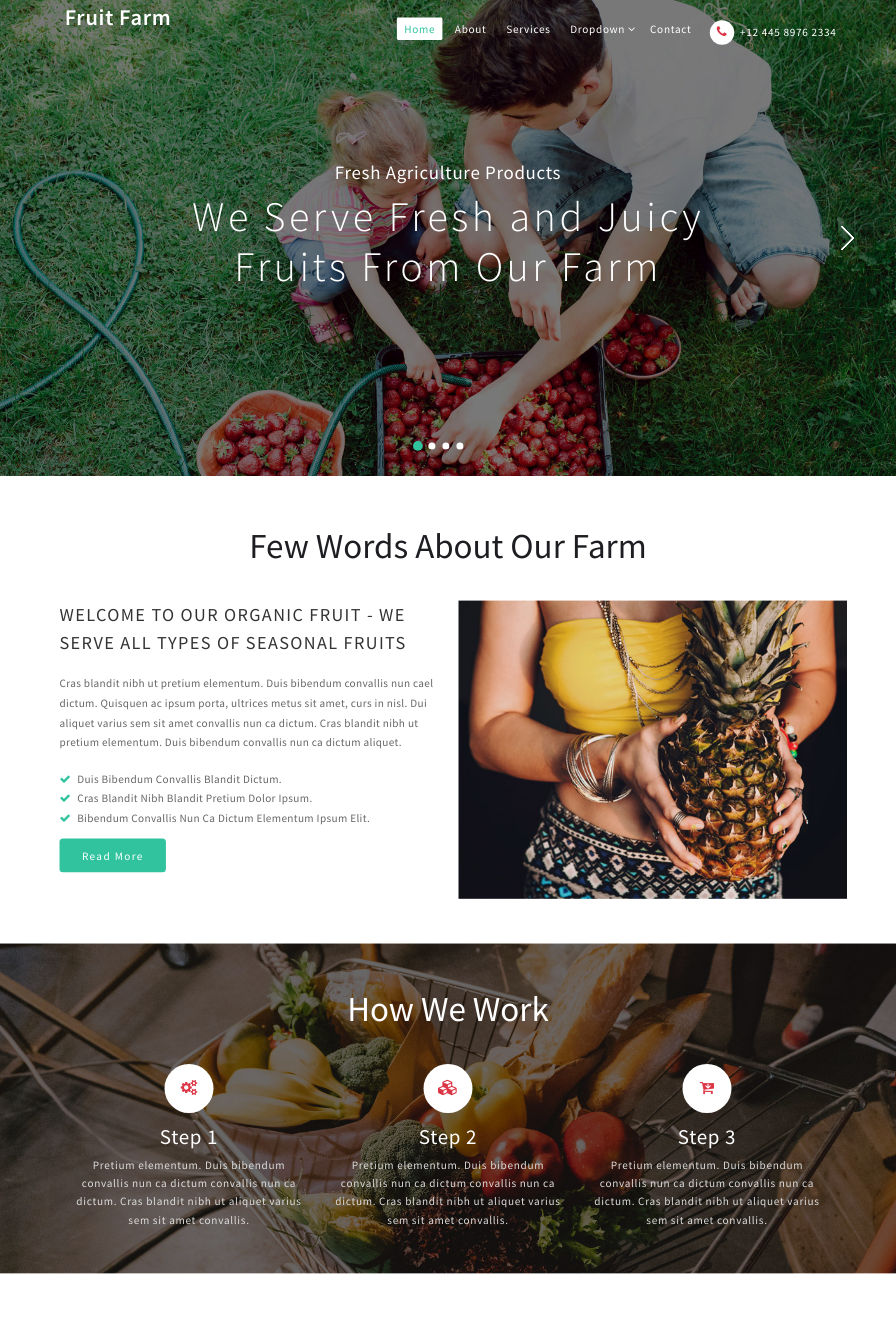
Repository: httpamit/SP-Food
Page: index.html
These files come from the project's save history. The page is drawn as it stood at one moment and after the next save; the edit follows.
The browser window is 1280 px wide. The pictures show the part of the page from y = 0 to 1920 px (the page is 4839 px tall), at 70% of full size.
Backgrounds fixed to the window are drawn as part of the page.

Above is the page before, as saved 2019-02-07 23:11:53.

After the next save:
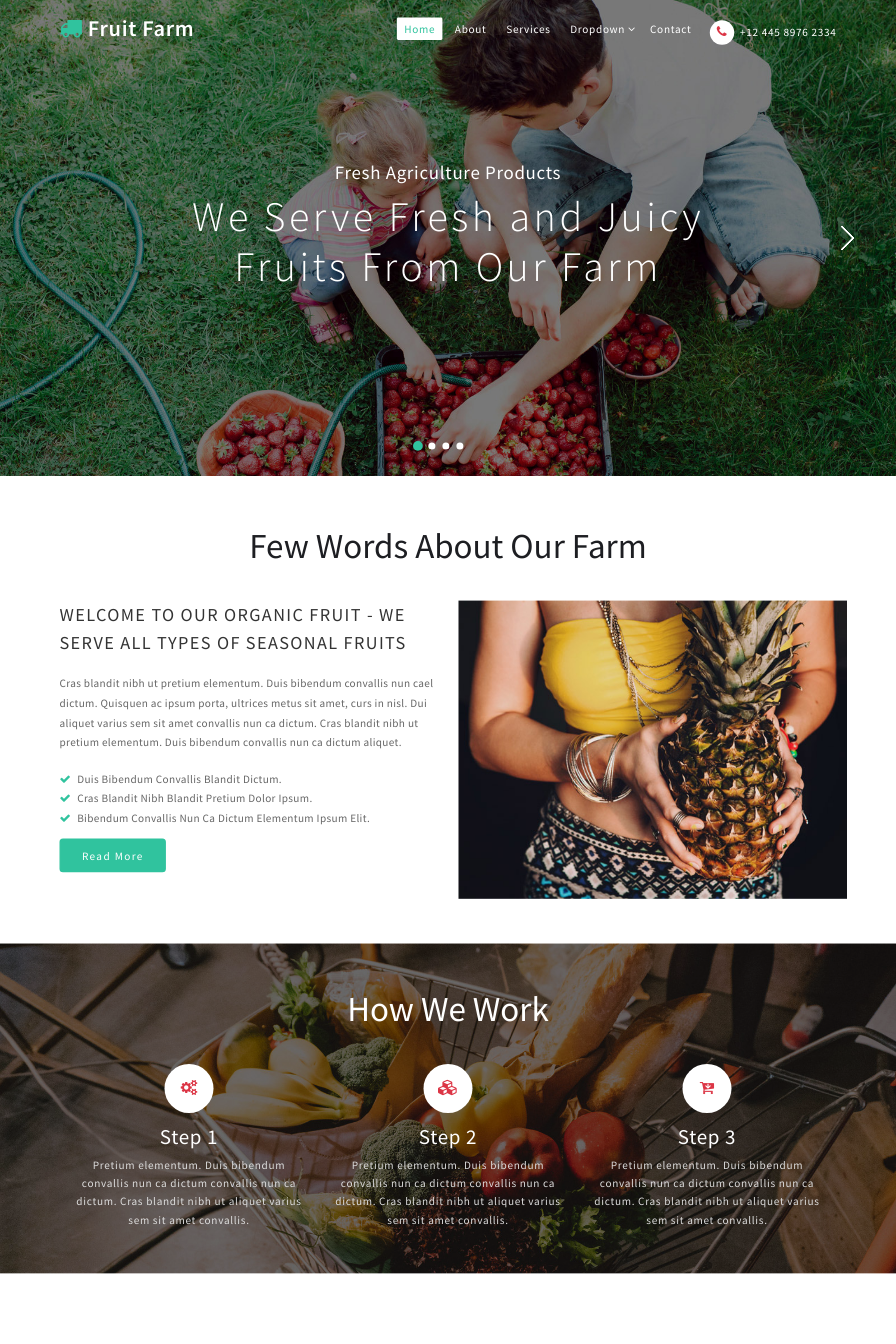
Saved 51 s later.
--- a/index.html
+++ b/index.html
@@ -38,7 +38,7 @@
 	<div class="container" id="home">
 		<nav class="">
 			<div id="logo">
-				<h1> <a href="index.html" class="editContent" data-selector=".editContent"><span class="fa fa-apple-alt"></span> Fruit Farm</a></h1>
+				<h1> <a href="index.html" class="editContent" data-selector=".editContent"><span class="fa fa-truck"></span> Fruit Farm</a></h1>
 			</div>
 			<div class="mx-auto">
 				<label for="drop" class="toggle mt-lg-0 mt-3">Menu</label>
